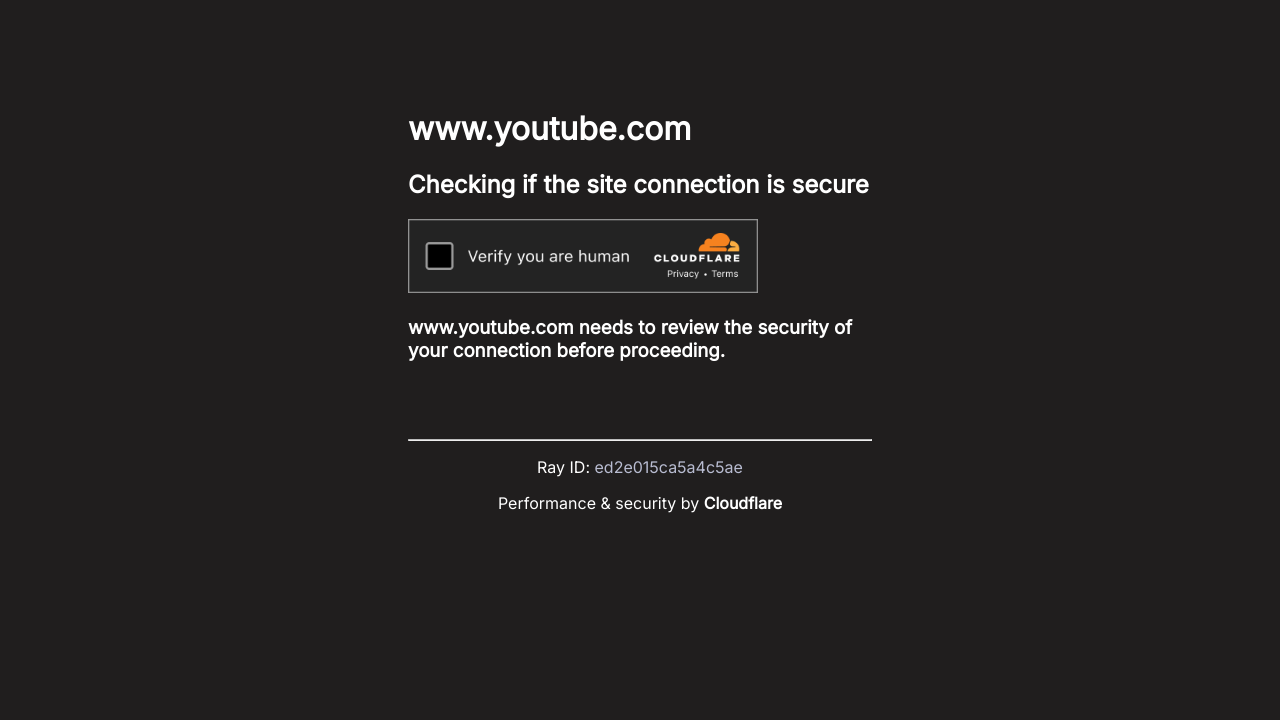
Repository: estech321/CAPTCHA-RickRoll
Page: index.html
An editor plug-in stored every save of this project. The page is shown before and after the next save, followed by the edit.
The browser window is 1280 px wide. The pictures show the whole page.

Above is the page before, as saved 2023-12-29 23:58:23.

After the next save:
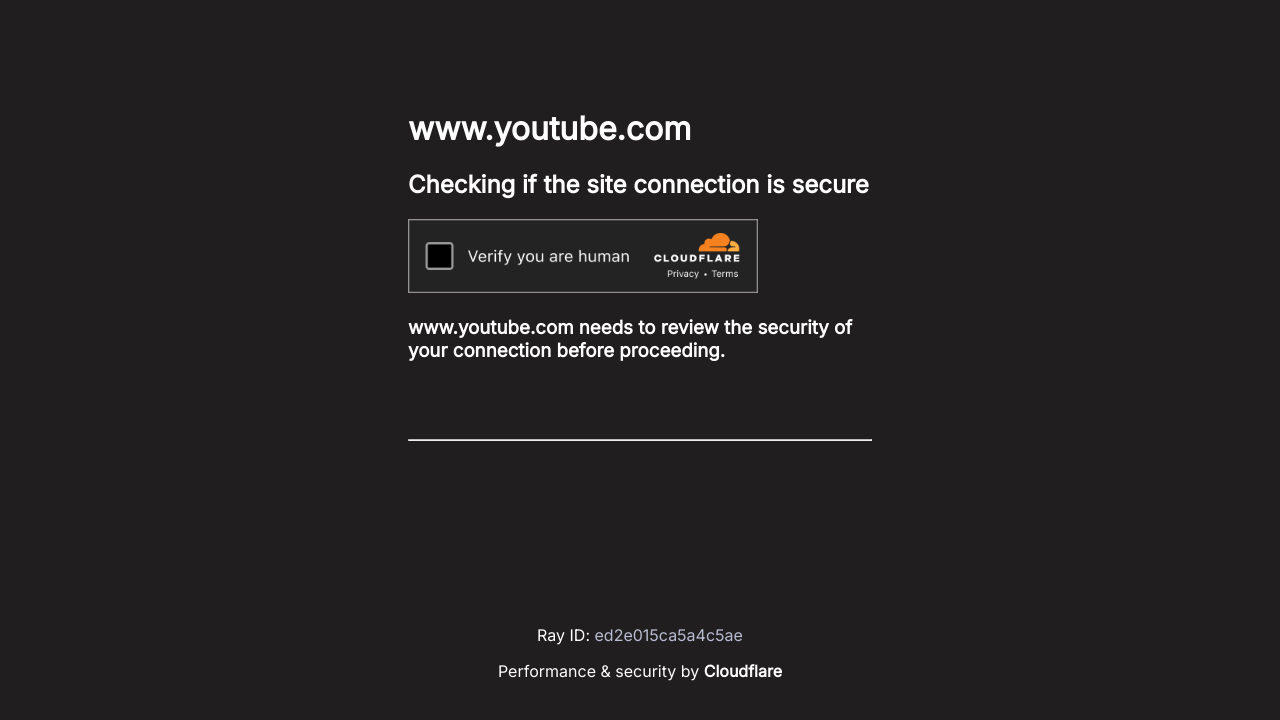
Saved 8 s later.
--- a/index.html
+++ b/index.html
@@ -40,7 +40,7 @@
     <footer>
         <center>
             <hr class="solid">
-
+            <br><br><br><br><br><br><br><br>
             <p>Ray ID: <blue>ed2e015ca5a4c5ae</blue></p>
             <p>Performance & security by <strong>Cloudflare</strong></p>
         </center>
